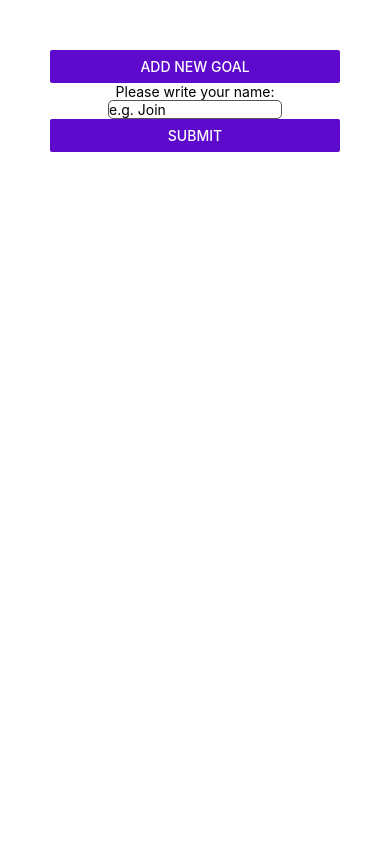
Repository: ntu34543/React-Native-Example1
Screen: /
An editor plug-in stored every save of this project. The screen is shown before and after the next save, followed by the edit.
The app was drawn by React Native's web renderer in a window 390 px wide. The project was rebuilt for these pictures with package versions that can differ from the ones it lists, and the page was loaded fresh each time. Also part of the build but not shown: components/Goalltem.js.

Above is the screen before, as saved 2022-09-12 15:40:58.

### App.js
import { useState } from "react";
import {
  StyleSheet,
  View,
  FlatList,
  Button,
  Text,
  Linking,
  TextInput,
} from "react-native";
import { StatusBar } from "expo-status-bar";

import GoalItem from "./components/Goalltem";
import GoalInput from "./components/Goallnput";

export default function App() {
  const [modalIsVisible, setModalIsVisible] = useState(false);
  const [courseGoals, setCourseGoals] = useState([]);
  const [name, setName] = useState("");
  const [submitted, setSubmitted] = useState(false);
  // console.log(courseGoals);
  const onPressHandler = () => {
    setSubmitted(!submitted);
  };

  function startAddGoalHandler() {
    setModalIsVisible(true);
  }

  function endAddGoalHandler() {
    setModalIsVisible(false);
  }

  function addTextInput(enteredGoalText) {
    setCourseGoals((currentCourseGoals) => [
      ...currentCourseGoals,
      { text: enteredGoalText, id: Math.random().toString() },
    ]);
    endAddGoalHandler();
  }

  function deleteGoalHandler(id) {
    setCourseGoals((currentCourseGoals) => {
      return currentCourseGoals.filter((goal) => goal.id !== id);
    });
  }

  return (
    <>
      <StatusBar style="auto" />
      <View style={styles.container}>
        <Button
          title="Add new Goal"
          color="#5e0acc"
          onPress={startAddGoalHandler}
        />
        <Text style={styles.text}>Please write your name:</Text>
        <TextInput
          style={styles.input}
          placeholder="e.g. Join"
          onChangeText={(value) => setName(value)}
        />
        <Button
          title="Submit"
          color="#5e0acc"
          onPress={onPressHandler}
          // onPress={() => {
          //   Linking.openURL(
          //     "https://ca.slack-edge.com/T324R7VB6-U03RS7EKJHG-323b9d1b6216-512"
          //   );
          // }}
        />
        {submitted ? <Text>You are registered as {name}</Text> : null}
        <GoalInput
          visible={modalIsVisible}
          onAddGoal={addTextInput}
          onCancer={endAddGoalHandler}
        />
        <View style={styles.goalsContainer}>
          <FlatList
            data={courseGoals}
            style={styles.goalsContainer}
            renderItem={(itemData) => {
              return (
                <GoalItem
                  text={itemData.item.text}
                  id={itemData.item.id}
                  onDeleteItem={deleteGoalHandler}
                />
              );
            }}
            keyExtractor={(item, index) => {
              return index.id;
            }}
            alwaysBounceVertical={false}
          />
        </View>
      </View>
    </>
  );
}

const styles = StyleSheet.create({
  container: {
    padding: 50,
  },
  goalsContainer: {
    // flex: 4,
  },
  text: {
    textAlign: "center",
  },
  input: {
    borderWidth: 1,
    borderColor: '#555',
    borderRadius: 5,
    width: '60%',
    display: 'flex',
    margin: 'auto',
  }
});

### components/Goallnput.js
import { useState } from "react";
import { StyleSheet, View, TextInput, Button, Modal, Image } from "react-native";
function GoalInput(props) {
  const [enteredGoalText, setEnteredGoalText] = useState("");

  function textInput(enteredText) {
    setEnteredGoalText(enteredText);
    // console.log(enteredText);
  }

  function addGoalHandler() {
    props.onAddGoal(enteredGoalText);
    setEnteredGoalText("");
  }

  return (
    <Modal visible={props.visible} animationType="slide">
      <View style={styles.inputContainer}>
          <Image style={styles.image} source={require('../assets/favicon.png')} />
        <TextInput
          style={styles.textInput}
          placeholder="Email............"
          onChangeText={textInput}
          value={enteredGoalText}
        />
        <View style={styles.buttonContainer}>
          <View style={styles.button}>
            <Button title="Click!" onPress={addGoalHandler} />
          </View>
          <View style={styles.button}>
            <Button title="Cancer!" onPress={props.onCancer}/>
          </View>
        </View>
      </View>
    </Modal>
  );
}

export default GoalInput;

const styles = StyleSheet.create({
  inputContainer: {
    flex: 1,
    justifyContent: "center",
    alignItems: "center",
    paddingBottom: 24,
    padding: 16,
    borderBottomWidth: 1,
    borderBottomColor: "gray",
    backgroundColor: 'pink'
  },
  image: {
      width: 100,
      height: 100,
      margin: 20,
  },
  textInput: {
    borderWidth: 1,
    borderColor: "#cccccc",
    width: "100%",
    padding: 8,
  },
  buttonContainer: {
      marginTop: 16,
    flexDirection: "row",
  },
  button: {
      width: '30%',
      marginHorizontal: 8,
  }
});

After the next save:
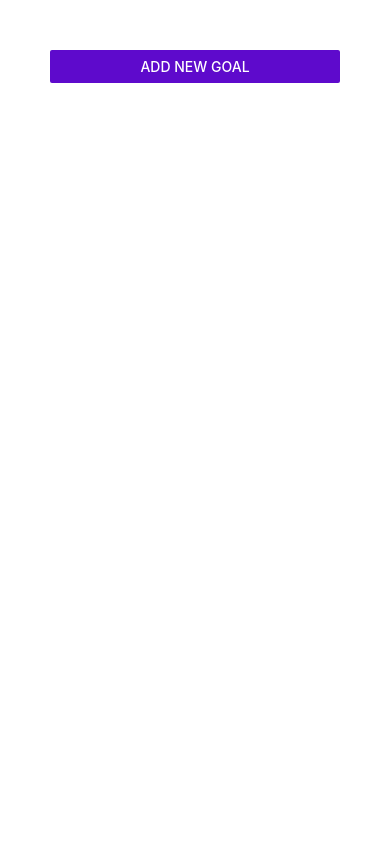
Saved 46 s later.
--- a/App.js
+++ b/App.js
@@ -54,23 +54,7 @@
           color="#5e0acc"
           onPress={startAddGoalHandler}
         />
-        <Text style={styles.text}>Please write your name:</Text>
-        <TextInput
-          style={styles.input}
-          placeholder="e.g. Join"
-          onChangeText={(value) => setName(value)}
-        />
-        <Button
-          title="Submit"
-          color="#5e0acc"
-          onPress={onPressHandler}
-          // onPress={() => {
-          //   Linking.openURL(
-          //     "https://ca.slack-edge.com/T324R7VB6-U03RS7EKJHG-323b9d1b6216-512"
-          //   );
-          // }}
-        />
-        {submitted ? <Text>You are registered as {name}</Text> : null}
+
         <GoalInput
           visible={modalIsVisible}
           onAddGoal={addTextInput}

After the 2 saves that followed:
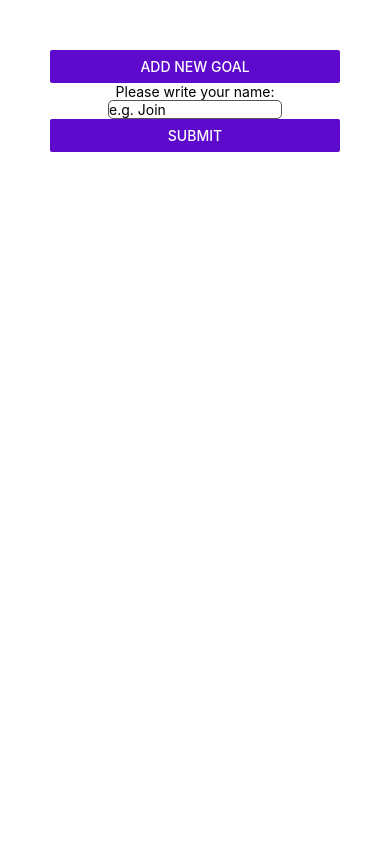
The 2 saves are shown as one change because they came seconds apart.
The last was saved 6 s later.
--- a/App.js
+++ b/App.js
@@ -54,7 +54,25 @@
           color="#5e0acc"
           onPress={startAddGoalHandler}
         />
-
+        <View>
+          <Text style={styles.text}>Please write your name:</Text>
+          <TextInput
+            style={styles.input}
+            placeholder="e.g. Join"
+            onChangeText={(value) => setName(value)}
+          />
+          <Button
+            title="Submit"
+            color="#5e0acc"
+            onPress={onPressHandler}
+            // onPress={() => {
+            //   Linking.openURL(
+            //     "https://ca.slack-edge.com/T324R7VB6-U03RS7EKJHG-323b9d1b6216-512"
+            //   );
+            // }}
+          />
+          {submitted ? <Text>You are registered as {name}</Text> : null}
+        </View>
         <GoalInput
           visible={modalIsVisible}
           onAddGoal={addTextInput}
@@ -96,10 +114,10 @@
   },
   input: {
     borderWidth: 1,
-    borderColor: '#555',
+    borderColor: "#555",
     borderRadius: 5,
-    width: '60%',
-    display: 'flex',
-    margin: 'auto',
-  }
+    width: "60%",
+    display: "flex",
+    margin: "auto",
+  },
 });
